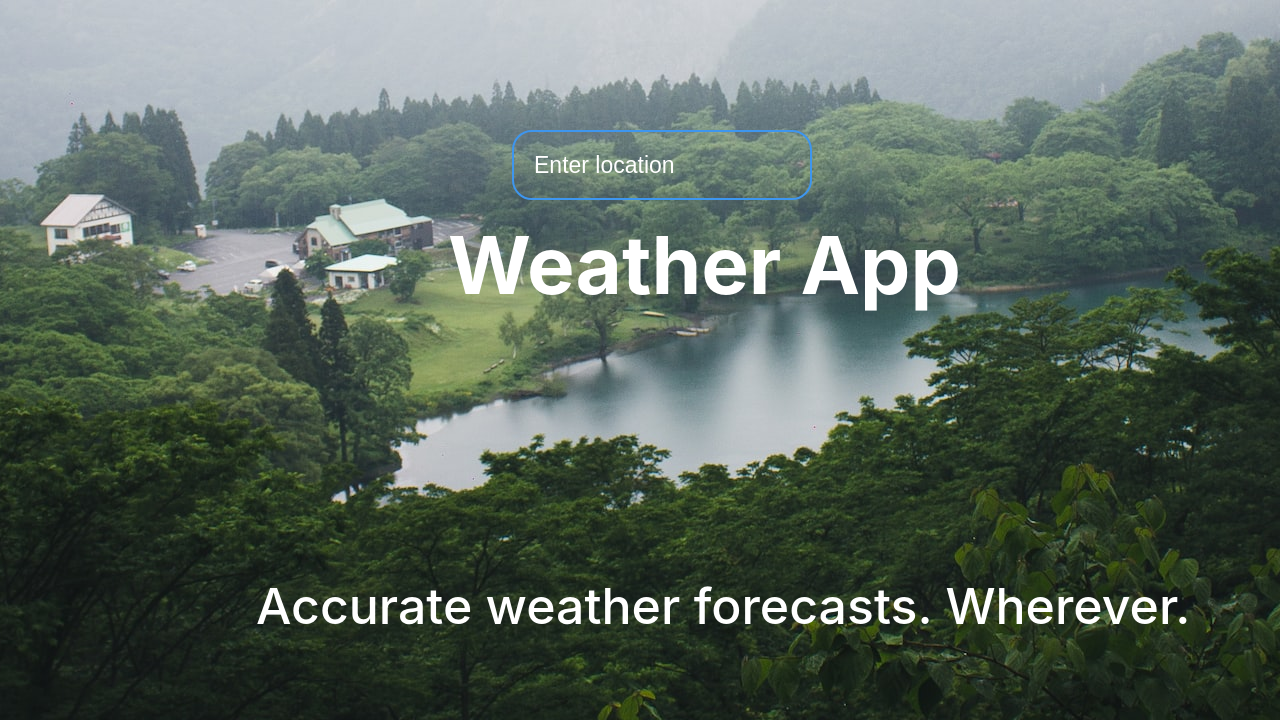
Repository: RenataDzotova/WeatherForecast
Page: /
These files come from the project's save history. The page is drawn as it stood at one moment and after the next save; the edit follows.
The browser window is 1280 px wide. The pictures show the whole page.
The project was rebuilt for these pictures with package versions that can differ from the ones it lists, and the page was loaded fresh each time. The framework's server and built-in components were replaced by stand-ins that run in the browser. Also part of the build but not shown: next.config.js, styles/Home.module.css.

Above is the page before, as saved 2023-01-19 16:48:05.

### pages/index.js
import Head from 'next/head'
import Image from 'next/image'
import styles from '../styles/Home.module.css'
import axios from 'axios'
import { useState } from 'react'
import { FlexBox, Wrapper, Text, ImgPlaceholder } from '../styles/global'

export default function Home() {
  const [data, setData] = useState({});
  const [location, setLocation] = useState('');
  const [weather, setWeather] = useState();
  const [errorMessage, setErrorMessage] = useState('')
  const [showTitle, setShowTitle] = useState('Weather App')
  const [showDesc, setShowDesc] = useState('Accurate weather forecasts. Wherever.')

  const searchLocation = (event) => {
    if (event.key === "Enter"){
      axios.get(url)
      .then((response) => {
        console.clear()
        setData(response.data)
        console.log(response.data)
        setWeather(response.data.weather)
        setErrorMessage("")
        setShowTitle("")
        setShowDesc("")
      }) .catch(err => {
        console.log(err)
        setErrorMessage("Please enter another location")
        setData({})
        setWeather()
      })
      setLocation('')
    }
  }

  var apiKey = "f1c3aba9f416efdb16702d2866709e98";
  var lang = "en";
  var units = "metric";
  const url = `https://api.openweathermap.org/data/2.5/weather?q=${location}&units=${units}&appid=${apiKey}&lang=${lang}`

  return (
    <div className={styles.bg}>
      <Head>
        <title>Create Next App</title>
        <meta name="description" content="Generated by create next app" />
        <link rel="icon" href="/favicon.ico" />
        <link rel="preconnect" href="https://fonts.gstatic.com" crossorigin />
        <link
            href="https://fonts.googleapis.com/css2?family=Plus+Jakarta+Sans:ital,wght@0,200;0,300;0,400;0,500;0,600;0,700;0,800;1,200;1,300;1,400;1,500;1,600;1,700;1,800&display=swap"
            rel="stylesheet"
            />
      </Head>

      <main>


        {
          data &&
            <span>
              {errorMessage}
              <span className='titleText'>
              {showTitle}
              </span>
              <span className='descText'>
              {showDesc}
              </span>
            </span>
        }


        <input className='inputStyle'
          value = {location}
          onChange={event=> setLocation(event.target.value)}
          placeholder="Enter location"
          onKeyDown={searchLocation}
          type="text"
          style={{position:"absolute", top:"130px", left:"40%" }}
        >
        </input>

        {
          weather && weather.map((w, index) =>{
            return(
              <Wrapper bgImage={ data.main.temp.toFixed() < 0 && w.main=="Snow" ? "/alora-griffiths-HlnFco4i624-unsplash.jpg" : w.main=="Rain" || w.main=="Thunderstorm" ? "/nick-nice-ve-R7PCjJDk-unsplash.jpg" : w.main=="Clouds" ? "/johny-goerend-z_SXPzTMKkc-unsplash.jpg" : "/kenrick-mills-MF9Wy1NA55I-unsplash-2.jpg"} key={index}>

                  <FlexBox dir="column" width="100%" height="100%">
                    <FlexBox dir="column" margin="200px 0 0 0">
                      <Text color="white" fontSize="65px" fontWeight="bold">{data.name}</Text>
                        <FlexBox alignItems="flex-start">
                          <Text color="white" fontSize="90px" fontWeight="bold">{data.main.temp.toFixed()}°</Text>
                          <FlexBox margin="15px 0 12px 10px"><Text color="white" fontSize="30px">{w.main} </Text></FlexBox>
                        </FlexBox>
                    </FlexBox>

                    <FlexBox flexWrap="wrap" margin="100px 0 0 0" bgColor="rgba(227, 227, 227, 0.25)" border="rgba(227, 227, 227) solid 2px" minHeight="130px" width="60%" borderRadius="30px" justifyContent="space-around" padding="0 20px 0 20px">
                      <FlexBox dir="column">
                        <Text color="white" fontSize="65px" fontWeight="700">{data.main.feels_like.toFixed()}°C</Text>
                        <Text color="white">Feels like</Text>
                      </FlexBox>
                      <FlexBox dir="column">
                        <Text color="white" fontSize="65px" fontWeight="700">{data.main.humidity}%</Text>
                        <Text color="white">Humidity</Text>
                      </FlexBox>
                      <FlexBox dir="column">
                        <FlexBox>
                          <Text color="white" fontSize="65px" fontWeight="700">{data.main.pressure}</Text>
                          <Text fontSize="20px" margin="0 0 15px 0" color="white">hPa</Text>
                        </FlexBox>
                        <Text color="white">Pressure</Text>
                      </FlexBox>
                      { data.wind.gust &&
                      <FlexBox dir="column">
                        <FlexBox>
                          <Text color="white" fontSize="65px" fontWeight="700">{data.wind.gust}</Text>
                          <Text fontSize="20px" margin="0 0 15px 0" color="white">M/s</Text>
                        </FlexBox>
                        <Text color="white">Wind</Text>
                      </FlexBox>
                      }
                    </FlexBox>
                  </FlexBox>
              </Wrapper>
            )
          })
        }
      </main>

      {/* <footer className={styles.footer}>
        <a
          href="https://vercel.com?utm_source=create-next-app&utm_medium=default-template&utm_campaign=create-next-app"
          target="_blank"
          rel="noopener noreferrer"
        >
          Powered by{' '}
          <span className={styles.logo}>
            <Image src="/vercel.svg" alt="Vercel Logo" width={72} height={16} />
          </span>
        </a>
      </footer> */}
    </div>
  )
}

### styles/globals.css
html,
body {
  padding: 0;
  margin: 0;
  font-family: -apple-system, BlinkMacSystemFont, Segoe UI, Roboto, Oxygen,
    Ubuntu, Cantarell, Fira Sans, Droid Sans, Helvetica Neue, sans-serif;
  background-image: url("../public/cory-bjork-nkXNnX4BG1k-unsplash.jpg");
  background-position: center;
  background-repeat: no-repeat;
  display: flex;
  justify-content: center;
  align-items: center;
  flex-direction: column;
}

.titleText{
  font-size: 80px;
  font-weight: 700;
  color: white;
  background-color: transparent;
  position: absolute;
  left: 35%;
  top: 30%;
}

.descText{
  font-size: 50px;
  font-weight: 500;
  color: white;
  background-color: transparent;
  position: absolute;
  left: 20%;
  top: 80%;
}

a {
  color: inherit;
  text-decoration: none;
}

.inputStyle{
  border-radius: 20px;
  height: 70px;
  width: 300px;
  font-size: 23px;
  padding: 20px;
  background-color: transparent;
  color: rgb(14, 40, 66);
  border: 2px solid rgb(62, 150, 239);
}
::placeholder {
  color: white;
  opacity: 1; /* Firefox */
}

* {
  box-sizing: border-box;
}

@media (prefers-color-scheme: dark) {
  html {
    color-scheme: dark;
  }
  body {
    color: white;
    background: black;
  }
}

### styles/global.js
import styled from 'styled-components';

export const Text = styled.p`
    font-size: ${props=>props.fontSize || "21px"};
    font-weight: ${props=>props.fontWeight || "normal"};
    color: ${props=>props.color};
    margin: ${props=>props.margin || "0px"};

`


export const FlexBox = styled.div`
    display:flex;
    justify-content:${props=>props.justifyContent || "center"};
    align-items:${props=>props.alignItems || "center"};
    flex-direction:${props=>props.dir || "row"};
    flex-wrap: ${props=>props.flexWrap};
    width: ${props=>props.width};
    height: ${props=>props.height};
    background-color: ${props=>props.bgColor};
    padding: ${props=>props.padding};
    margin: ${props=>props.margin || "0px"};
    min-height: ${props=>props.minHeight};
    max-height: ${props=>props.maxHeight};
    background-image: ${props=>props.linearGradient || "none"}, url(${props=>props.bgImage});
    background-position: ${props=>props.bgPosition || "center"};
    background-size: ${props=>props.bgSize || "cover"};
    background-repeat: ${props=>props.bgRepeat};
    border-radius:${props=>props.borderRadius};
    filter: ${props=>props.filter};
    border: ${props=>props.border};
    z-index:${props=>props.zIndex};
    position: ${props=>props.position};
    top: ${props=>props.top};
    left:${props=>props.left};
    bottom: ${props=>props.bottom};
    border-bottom-style: ${props=>props.borderBottom};
    box-shadow: ${props=>props.boxShadow};
    border-top: ${props=>props.topBorder};
    border-bottom: ${props=>props.bottomBorder};
    color: ${props=>props.color};
    font-weight: ${props=>props.fontWeight};
    cursor: ${props=>props.cursor};
    max-width: ${props=>props.maxWidth};
    min-width: ${props=>props.minWidth};
    overflow-y: ${props=>props.overflowY};
    overflow-anchor: ${props=>props.overflowA};
    overflow-x: ${props=>props.overflowX};
`

export const Wrapper = styled(FlexBox) `
    width: 100vw;
    min-width: ${props=>props.minWidth};
    height: ${props=>props.height || "100vh"};
    padding:${props=>props.padding};
    overflow-x: ${props=>props.overflowX};
    overflow-y: ${props=>props.overflowY};
    background-image: ${props=>props.linearGradient || "none"}, url(${props=>props.bgImage});
    background-position: ${props=>props.bgPosition || "center"};
    background-size: ${props=>props.bgSize || "cover"};
`


export const ImgPlaceholder = styled.div`
    width: ${props=>props.width || "134px"};
    height: ${props=>props.height || "154px"};
    border-radius: ${props=>props.borderRadius || "8px 0px 0px 8px"};
    background-image: url(${props=>props.bgImage});
    margin: ${props=>props.margin};
    position: ${props=>props.position};
    top: ${props=>props.top};
    background-position: center;
    background-size: cover;
`

Loaded but not shown: pages/_app.js (common file)

After the next save:
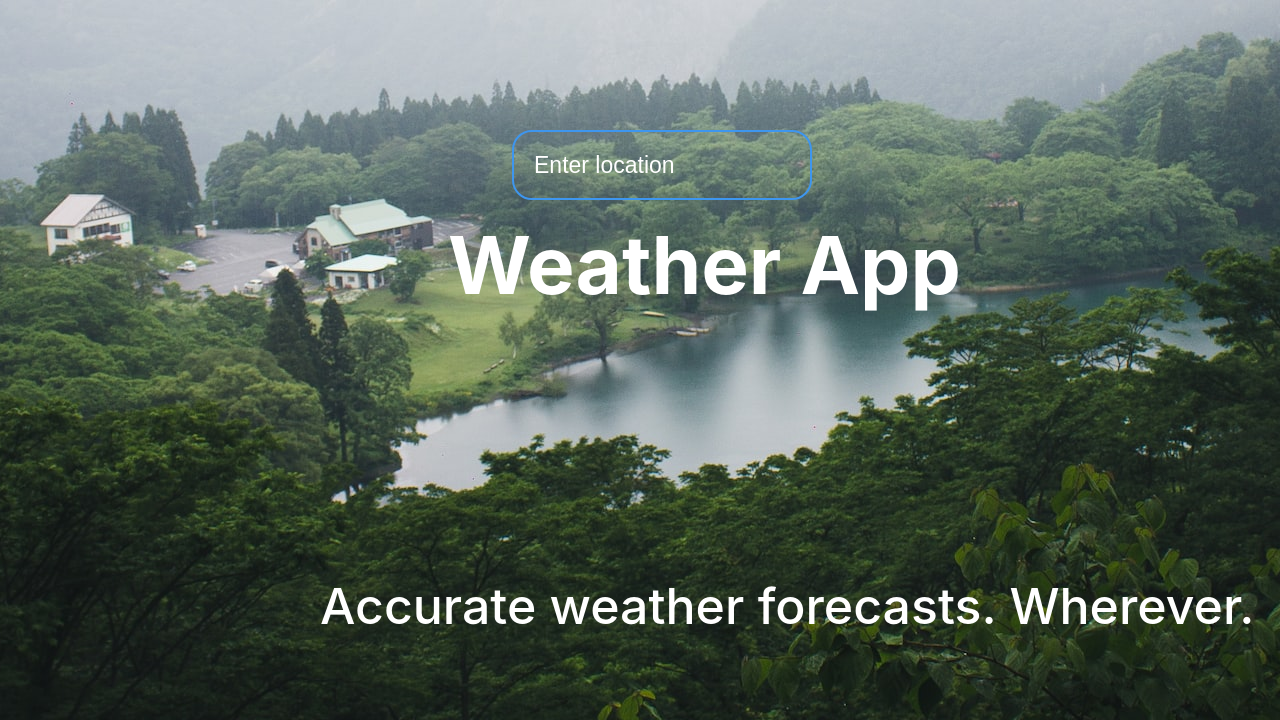
Saved 6 s later.
--- a/styles/globals.css
+++ b/styles/globals.css
@@ -29,7 +29,7 @@ body {
   color: white;
   background-color: transparent;
   position: absolute;
-  left: 20%;
+  left: 25%;
   top: 80%;
 }
 
